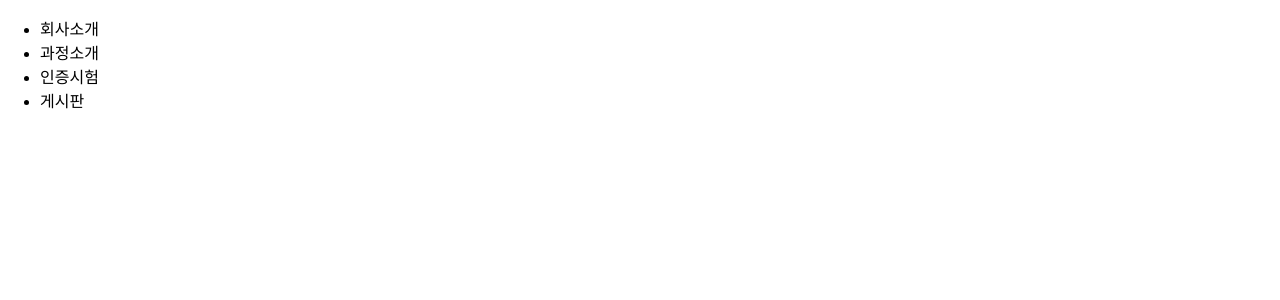
Repository: gyetol/web
Page: 4_11_web/CSS/WebContent/index.html
An editor plug-in stored every save of this project. The page is shown before and after the next save, followed by the edit.
The browser window is 1280 px wide. The pictures show the whole page.

Above is the page before, as saved 2020-04-11 07:52:21.

### 4_11_web/CSS/WebContent/index.html
<!DOCTYPE html>
<html lang="en">
<head>
    <meta charset="UTF-8">
    <title>gg</title>
    <link rel="stylesheet" href="css/style.css">
</head>
<body>

<ul>
<li>회사소개</li>
<li>과정소개</li>
<li>인증시험</li>
<li>게시판</li>
</ul>


</body>
</html>

### 4_11_web/CSS/WebContent/css/style.css
body{
	margin:0;
	padding:0;

}

ul.li{list-style:none;}
ul::before, ul::after{
	content:'';
	display:block;
	clear:both;
}

After the next save:
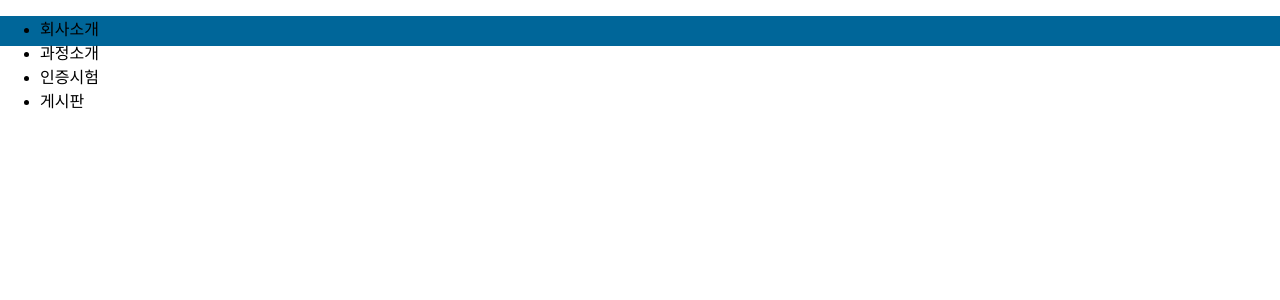
Saved 69 s later.
--- a/4_11_web/CSS/WebContent/css/style.css
+++ b/4_11_web/CSS/WebContent/css/style.css
@@ -5,6 +5,7 @@ body{
 }
 
 ul.li{list-style:none;}
+ul{height:30px; background-color:#006699;}
 ul::before, ul::after{
 	content:'';
 	display:block;
